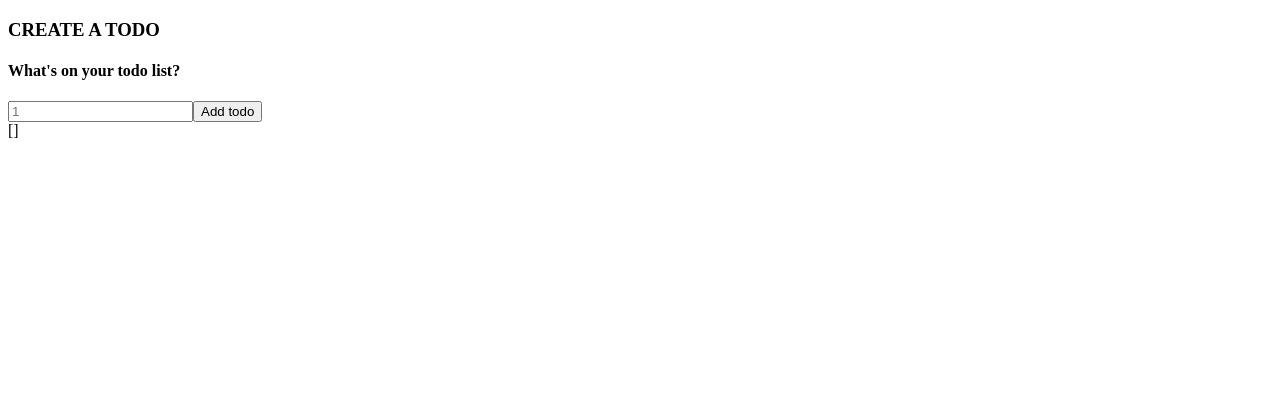
Repository: Kajo-lab/vue-todo
Page: /
The author's editor kept a copy of each file at every save. The page is drawn from the files as they stood at one save, then again after the next save.
The browser window is 1280 px wide. The pictures show the whole page.
The project was rebuilt for these pictures with package versions that can differ from the ones it lists, and the page was loaded fresh each time. Also part of the build but not shown: vite.config.js.

Above is the page before, as saved 2022-07-05 16:45:03.

### src/App.vue
<script setup>
import { ref, onMounted, computed, watch } from 'vue'

const todos = ref([])
const name = ref('')

const input_content = ref('')

const todos_asc = computed(() => todos.value.sort((a,b) => {
  return b.createdAt - a.createdAt
}))


watch(name, (newVal) => {
  localStorage.setItem('name', newVal)
})

watch(todos, (newVal) => {
  localStorage.setItem('todos', JSON.stringify(newVal))
}, {
  deep: true
})


const addTodo = () => {
  if (input_content.value.trim() === '') {
    return
  }

  todos.value.push({
    content: input_content.value,
    done: false,
    createdAt: new Date().getItem()
  })
}

onMounted(() => {
  name.value = localStorage.getItem('name') || ''
  todos.value = JSON.parse(localStorage.getItem('todos') || '[]')
})
</script>

<template>

<main class="app">
  <section class="create-todo">
    <h3>CREATE A TODO</h3>

    <form action="submit">
      <h4>What's on your todo list?</h4>
      <input
        type="text"
        placeholder="1"
        v-model="input_content">

        <input type="submit" value="Add todo">
    </form>
  </section>

  {{ todos }}
</main>

</template>

Loaded but not shown: src/main.js (common file)

After the next save:
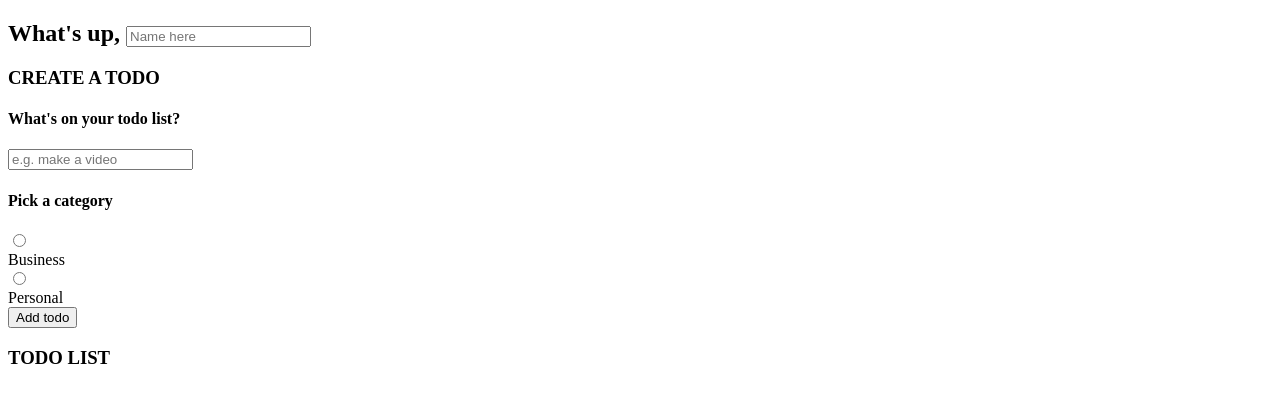
Saved 29 s later.
--- a/src/App.vue
+++ b/src/App.vue
@@ -1,63 +1,118 @@
 <script setup>
 import { ref, onMounted, computed, watch } from 'vue'
-
 const todos = ref([])
 const name = ref('')
-
 const input_content = ref('')
-
-const todos_asc = computed(() => todos.value.sort((a,b) => {
-  return b.createdAt - a.createdAt
+const input_category = ref(null)
+const todos_asc = computed(() => todos.value.sort((a,b) =>{
+	return a.createdAt - b.createdAt
 }))
-
-
 watch(name, (newVal) => {
-  localStorage.setItem('name', newVal)
+	localStorage.setItem('name', newVal)
 })
-
 watch(todos, (newVal) => {
-  localStorage.setItem('todos', JSON.stringify(newVal))
+	localStorage.setItem('todos', JSON.stringify(newVal))
 }, {
-  deep: true
+	deep: true
 })
-
-
 const addTodo = () => {
-  if (input_content.value.trim() === '') {
-    return
-  }
-
-  todos.value.push({
-    content: input_content.value,
-    done: false,
-    createdAt: new Date().getItem()
-  })
+	if (input_content.value.trim() === '' || input_category.value === null) {
+		return
+	}
+	todos.value.push({
+		content: input_content.value,
+		category: input_category.value,
+		done: false,
+		editable: false,
+		createdAt: new Date().getTime()
+	})
 }
-
+const removeTodo = (todo) => {
+	todos.value = todos.value.filter((t) => t !== todo)
+}
 onMounted(() => {
-  name.value = localStorage.getItem('name') || ''
-  todos.value = JSON.parse(localStorage.getItem('todos') || '[]')
+	name.value = localStorage.getItem('name') || ''
+	todos.value = JSON.parse(localStorage.getItem('todos')) || []
 })
 </script>
 
 <template>
+	<main class="app">
 
-<main class="app">
-  <section class="create-todo">
-    <h3>CREATE A TODO</h3>
+		<section class="greeting">
+			<h2 class="title">
+				What's up, <input type="text" id="name" placeholder="Name here" v-model="name">
+			</h2>
+		</section>
 
-    <form action="submit">
-      <h4>What's on your todo list?</h4>
-      <input
-        type="text"
-        placeholder="1"
-        v-model="input_content">
+		<section class="create-todo">
+			<h3>CREATE A TODO</h3>
 
-        <input type="submit" value="Add todo">
-    </form>
-  </section>
+			<form id="new-todo-form" @submit.prevent="addTodo">
+				<h4>What's on your todo list?</h4>
+				<input
+					type="text"
+					name="content"
+					id="content"
+					placeholder="e.g. make a video"
+					v-model="input_content" />
 
-  {{ todos }}
-</main>
+				<h4>Pick a category</h4>
+				<div class="options">
 
+					<label>
+						<input
+							type="radio"
+							name="category"
+							id="category1"
+							value="business"
+							v-model="input_category" />
+						<span class="bubble business"></span>
+						<div>Business</div>
+					</label>
+
+					<label>
+						<input
+							type="radio"
+							name="category"
+							id="category2"
+							value="personal"
+							v-model="input_category" />
+						<span class="bubble personal"></span>
+						<div>Personal</div>
+					</label>
+
+				</div>
+
+				<input type="submit" value="Add todo" />
+			</form>
+		</section>
+
+		<section class="todo-list">
+			<h3>TODO LIST</h3>
+			<div class="list" id="todo-list">
+
+				<div v-for="todo in todos_asc" :class="`todo-item ${todo.done && 'done'}`">
+					<label>
+						<input type="checkbox" v-model="todo.done" />
+						<span :class="`bubble ${
+							todo.category == 'business'
+								? 'business'
+								: 'personal'
+						}`"></span>
+					</label>
+
+					<div class="todo-content">
+						<input type="text" v-model="todo.content" />
+					</div>
+
+					<div class="actions">
+						<button class="delete" @click="removeTodo(todo)">Delete</button>
+					</div>
+				</div>
+
+			</div>
+		</section>
+
+	</main>
 </template>

After the save that followed:
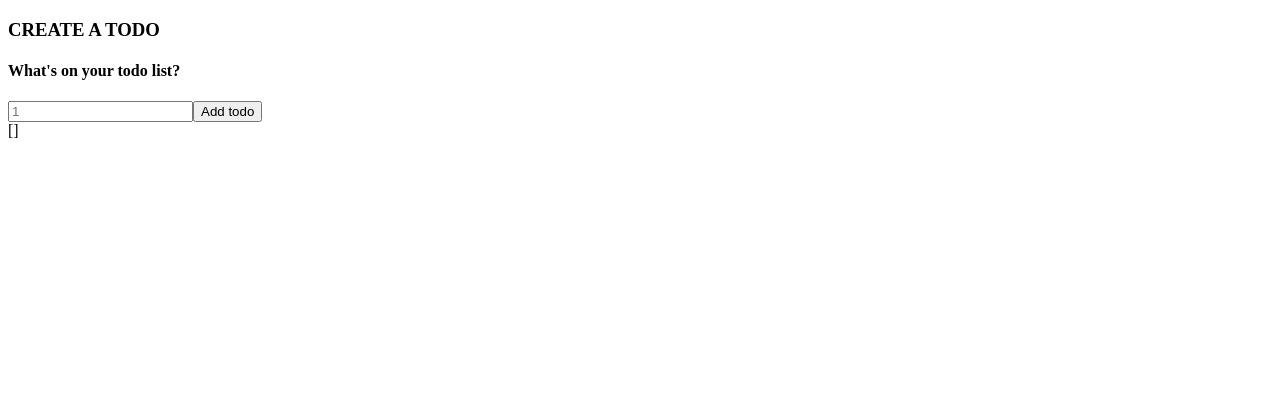
Saved 32 s later.
--- a/src/App.vue
+++ b/src/App.vue
@@ -1,118 +1,63 @@
 <script setup>
 import { ref, onMounted, computed, watch } from 'vue'
+
 const todos = ref([])
 const name = ref('')
+
 const input_content = ref('')
-const input_category = ref(null)
-const todos_asc = computed(() => todos.value.sort((a,b) =>{
-	return a.createdAt - b.createdAt
+
+const todos_asc = computed(() => todos.value.sort((a,b) => {
+  return b.createdAt - a.createdAt
 }))
+
+
 watch(name, (newVal) => {
-	localStorage.setItem('name', newVal)
+  localStorage.setItem('name', newVal)
 })
+
 watch(todos, (newVal) => {
-	localStorage.setItem('todos', JSON.stringify(newVal))
+  localStorage.setItem('todos', JSON.stringify(newVal))
 }, {
-	deep: true
+  deep: true
 })
+
+
 const addTodo = () => {
-	if (input_content.value.trim() === '' || input_category.value === null) {
-		return
-	}
-	todos.value.push({
-		content: input_content.value,
-		category: input_category.value,
-		done: false,
-		editable: false,
-		createdAt: new Date().getTime()
-	})
+  if (input_content.value.trim() === '') {
+    return
+  }
+
+  todos.value.push({
+    content: input_content.value,
+    done: false,
+    createdAt: new Date().getItem()
+  })
 }
-const removeTodo = (todo) => {
-	todos.value = todos.value.filter((t) => t !== todo)
-}
+
 onMounted(() => {
-	name.value = localStorage.getItem('name') || ''
-	todos.value = JSON.parse(localStorage.getItem('todos')) || []
+  name.value = localStorage.getItem('name') || ''
+  todos.value = JSON.parse(localStorage.getItem('todos') || '[]')
 })
 </script>
 
 <template>
-	<main class="app">
 
-		<section class="greeting">
-			<h2 class="title">
-				What's up, <input type="text" id="name" placeholder="Name here" v-model="name">
-			</h2>
-		</section>
+<main class="app">
+  <section class="create-todo">
+    <h3>CREATE A TODO</h3>
 
-		<section class="create-todo">
-			<h3>CREATE A TODO</h3>
+    <form action="submit">
+      <h4>What's on your todo list?</h4>
+      <input
+        type="text"
+        placeholder="1"
+        v-model="input_content">
 
-			<form id="new-todo-form" @submit.prevent="addTodo">
-				<h4>What's on your todo list?</h4>
-				<input
-					type="text"
-					name="content"
-					id="content"
-					placeholder="e.g. make a video"
-					v-model="input_content" />
+        <input type="submit" value="Add todo">
+    </form>
+  </section>
 
-				<h4>Pick a category</h4>
-				<div class="options">
+  {{ todos }}
+</main>
 
-					<label>
-						<input
-							type="radio"
-							name="category"
-							id="category1"
-							value="business"
-							v-model="input_category" />
-						<span class="bubble business"></span>
-						<div>Business</div>
-					</label>
-
-					<label>
-						<input
-							type="radio"
-							name="category"
-							id="category2"
-							value="personal"
-							v-model="input_category" />
-						<span class="bubble personal"></span>
-						<div>Personal</div>
-					</label>
-
-				</div>
-
-				<input type="submit" value="Add todo" />
-			</form>
-		</section>
-
-		<section class="todo-list">
-			<h3>TODO LIST</h3>
-			<div class="list" id="todo-list">
-
-				<div v-for="todo in todos_asc" :class="`todo-item ${todo.done && 'done'}`">
-					<label>
-						<input type="checkbox" v-model="todo.done" />
-						<span :class="`bubble ${
-							todo.category == 'business'
-								? 'business'
-								: 'personal'
-						}`"></span>
-					</label>
-
-					<div class="todo-content">
-						<input type="text" v-model="todo.content" />
-					</div>
-
-					<div class="actions">
-						<button class="delete" @click="removeTodo(todo)">Delete</button>
-					</div>
-				</div>
-
-			</div>
-		</section>
-
-	</main>
 </template>
